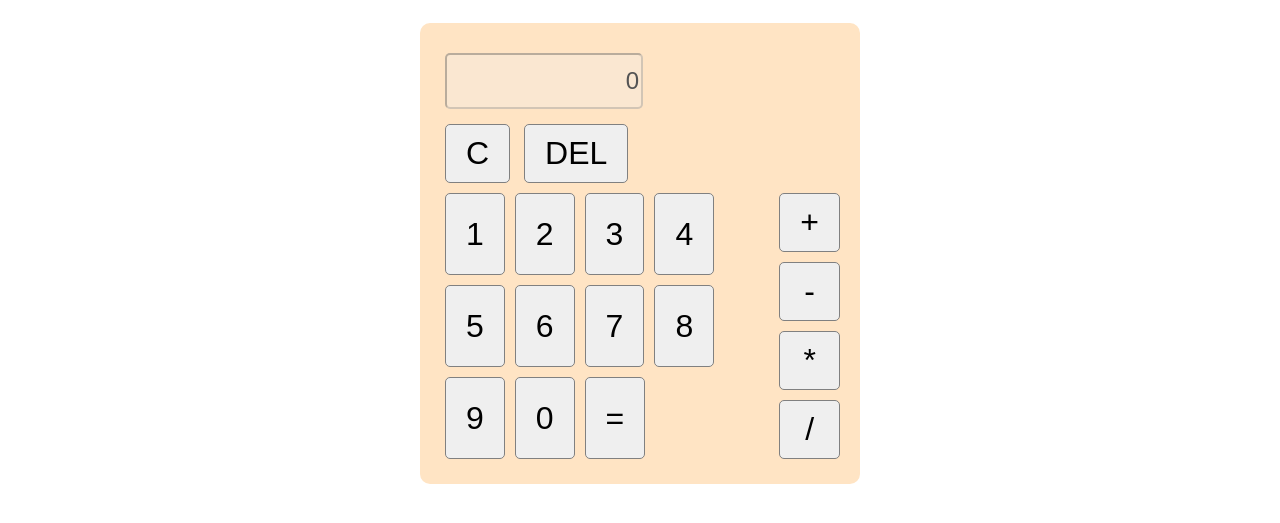
Repository: jaskeat/Calculator
Page: index.html
The author's editor kept a copy of each file at every save. The page is drawn from the files as they stood at one save, then again after the next save.
The browser window is 1280 px wide. The pictures show the whole page.

Above is the page before, as saved 2024-09-05 13:23:38.

### index.html
<!DOCTYPE html>
<html lang="en">
	<head>
		<meta charset="UTF-8" />
		<meta name="viewport" content="width=device-width, initial-scale=1.0" />
		<title>Calculator</title>
		<link rel="stylesheet" href="style.css" />
	</head>
	<body>
		<div class="calculator">
			<div class="display">
				<input type="text" class="display-input" value="0" disabled />
			</div>

			<div class="extrabtn">
				<button class="btn" onclick="clearDisplay()">C</button>
				<button class="btn" onclick="deleteLast()">DEL</button>
			</div>

			<div class="buttons">
				<div class="operators">
					<button class="btn" onclick="append('+')">+</button>
					<button class="btn" onclick="append('-')">-</button>
					<button class="btn" onclick="append('*')">*</button>
					<button class="btn" onclick="append('/')">/</button>
				</div>

				<div class="numbers">
					<button class="btn" onclick="append('1')">1</button>
					<button class="btn" onclick="append('2')">2</button>
					<button class="btn" onclick="append('3')">3</button>
					<button class="btn" onclick="append('4')">4</button>
					<button class="btn" onclick="append('5')">5</button>
					<button class="btn" onclick="append('6')">6</button>
					<button class="btn" onclick="append('7')">7</button>
					<button class="btn" onclick="append('8')">8</button>
					<button class="btn" onclick="append('9')">9</button>
					<button class="btn" onclick="append('0')">0</button>
					<button class="btn" onclick="calculate()">=</button>
				</div>
			</div>
		</div>
		<script src="script.js"></script>
	</body>
</html>

### style.css
body {
	display: flex;
	justify-content: center;
	align-items: center;
}

.calculator {
	width: 400px;
	max-width: 600px;
	height: auto;
	margin: 15px;
	padding: 20px;
	background-color: bisque;
	border-radius: 10px;
}

button {
	border-radius: 5px;
	border: 1px grey solid;
	font-size: 1.3rem;
}

button:hover {
	background-color: lightgrey;
	cursor: pointer;
}

input {
	width: 190px;
	height: 50px;
	font-size: 1.5rem;
	text-align: right;
	border-radius: 5px;
	margin: 10px 5px;
}

.operators {
	display: flex;
	flex-direction: column;
	width: auto;
}

.operators button {
	width: auto;
	height: auto;
	margin: 5px 0;
}

.numbers {
	display: flex;
	flex-wrap: wrap;
	height: auto;
	width: 300px;
}

.buttons {
	display: flex;
	flex-direction: row-reverse;
	justify-content: space-between;
	font-size: 2rem;
}

.btn {
	font-size: 2rem;
	padding: 10px 20px;
	margin: 5px;
}

Loaded but not shown: script.js (no copy from this time; the picture is the same without it)

After the next save:
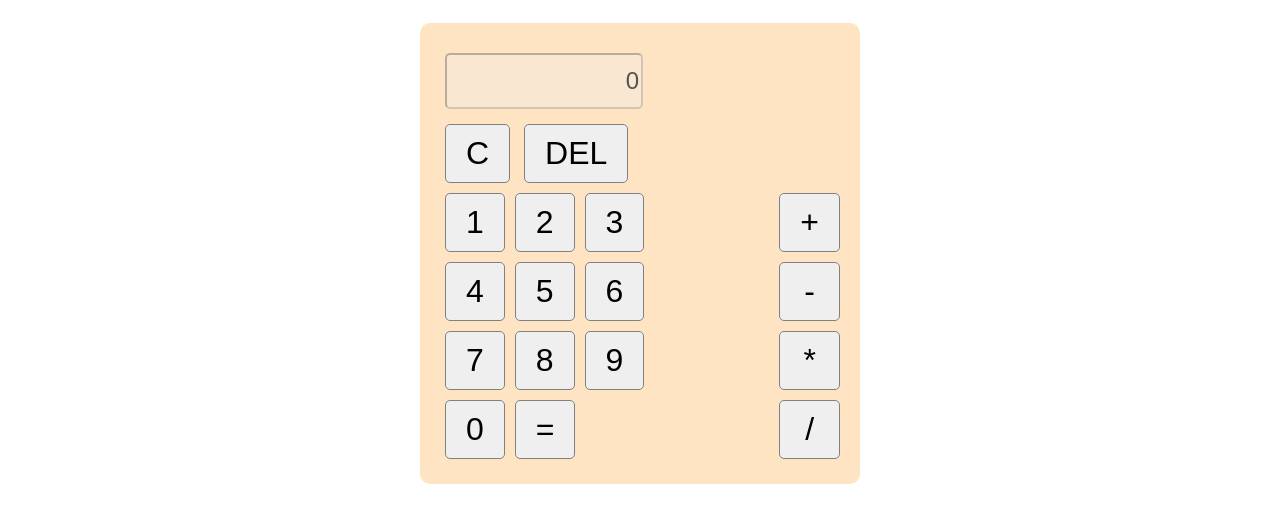
Saved 4 s later.
--- a/style.css
+++ b/style.css
@@ -50,7 +50,7 @@ input {
 	display: flex;
 	flex-wrap: wrap;
 	height: auto;
-	width: 300px;
+	width: 250px;
 }
 
 .buttons {
